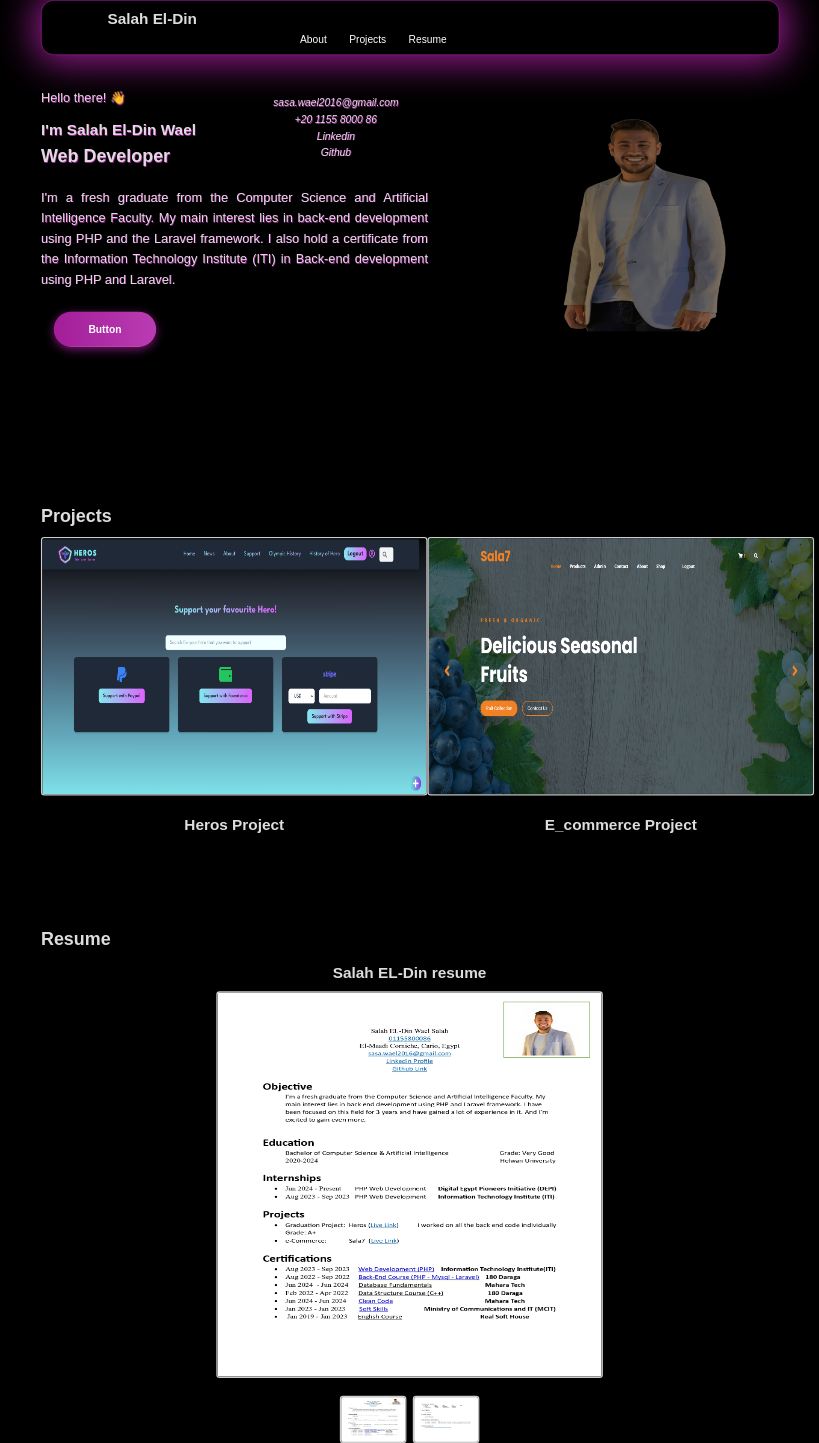
Repository: Salah-Wael/Salah-EL-Din-Portfolio
Page: index.html
An editor plug-in stored every save of this project. The page is shown before and after the next save, followed by the edit.
The browser window is 1280 px wide. The pictures show the whole page, at 64% of full size.

Above is the page before, as saved 2024-07-28 04:04:33.

After the next save:
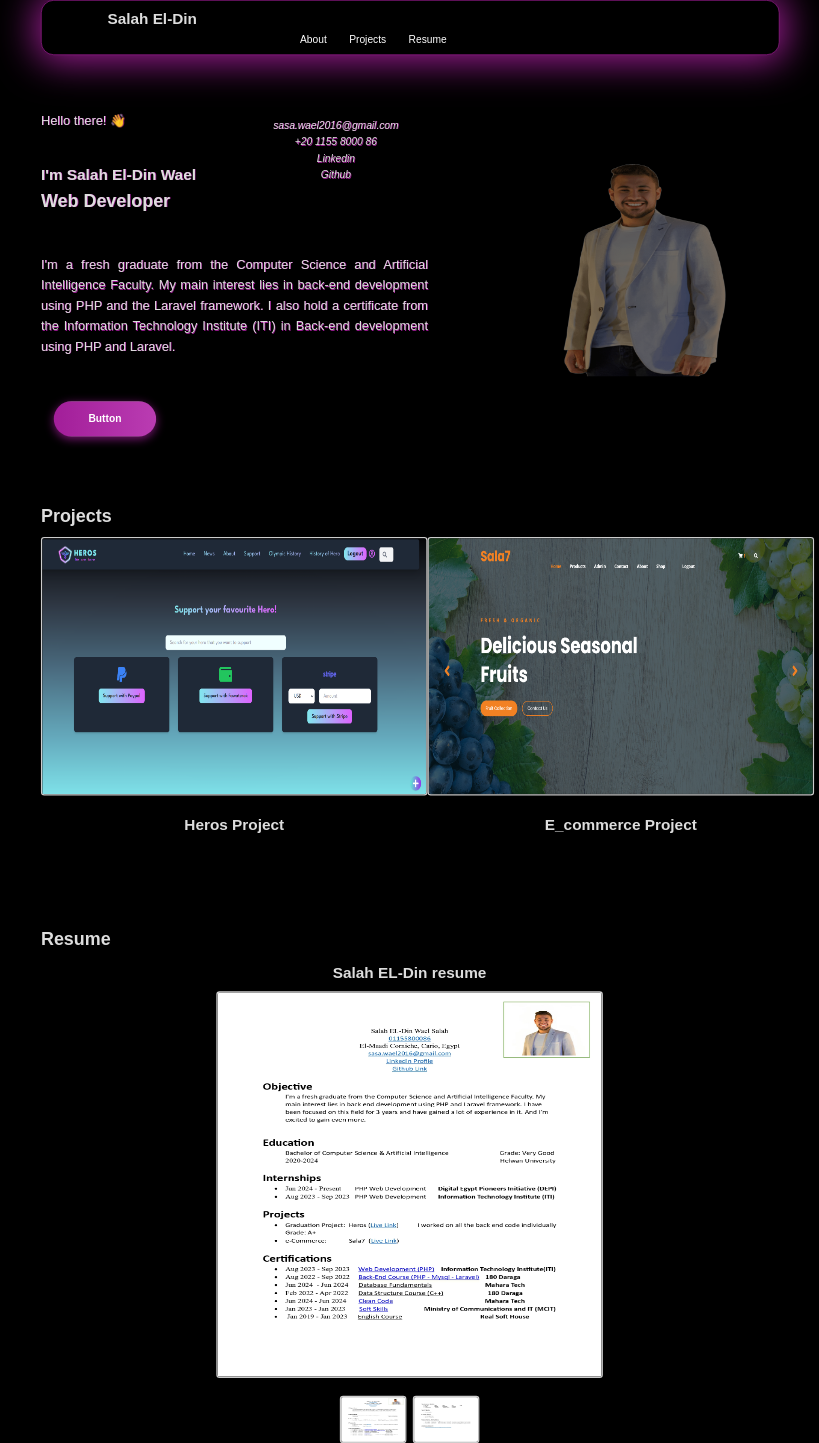
Saved 13 s later.
--- a/style.css
+++ b/style.css
@@ -120,7 +120,7 @@ section p {
 }
 
 .content p{
-  margin: 15px 0;
+  margin: 50px 0;
 }
 
 .contact address{
